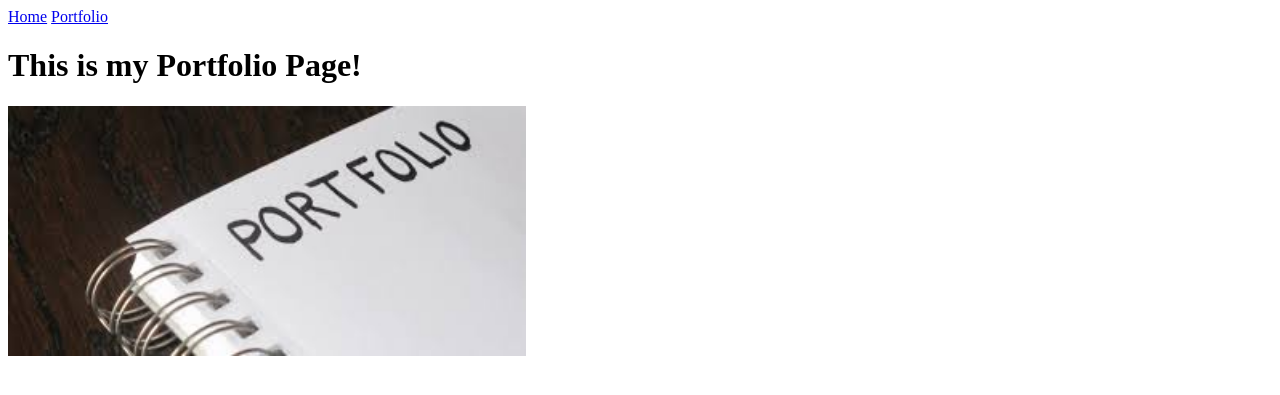
Repository: Tastymemes2017/Tastymemes2017.github.io
Page: my_website/Home.html
The author's editor kept a record of every edit. The page is drawn from the files as they stood at one moment, then again after the next edit.
The browser window is 1280 px wide. The pictures show the whole page.

Above is the page before.

After the next edit:
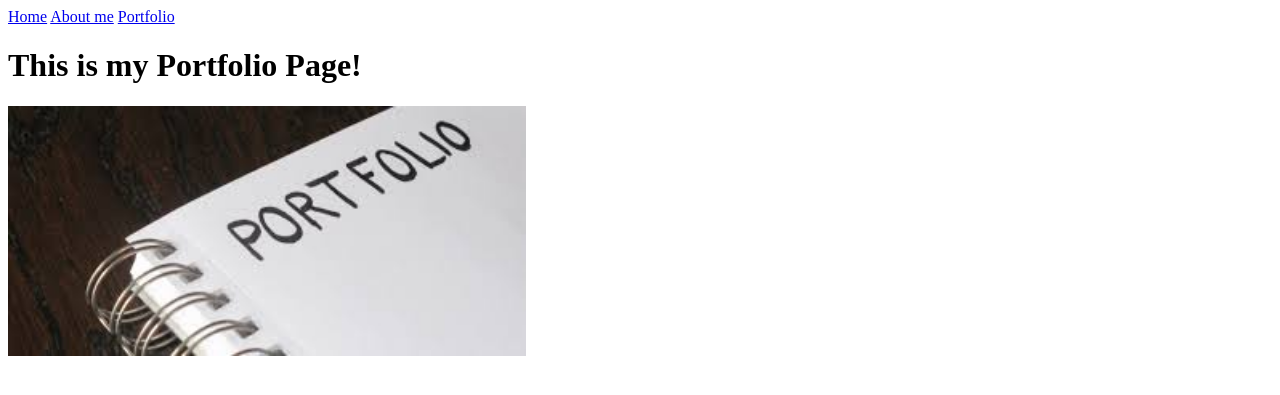
The edit:
--- a/my_website/Home.html
+++ b/my_website/Home.html
@@ -6,7 +6,8 @@
 	  </head>
 	  <body>
     <a href="index.html">Home</a>
-    <a href="Home.html">Portfolio</a>
+    <a href="Home.html">About me</a>
+    <a href="portfolio.html">Portfolio</a>
     <h1>This is my Portfolio Page!</h1>
     <img src="images/portfolio.jpg" height="250">
     <br>
